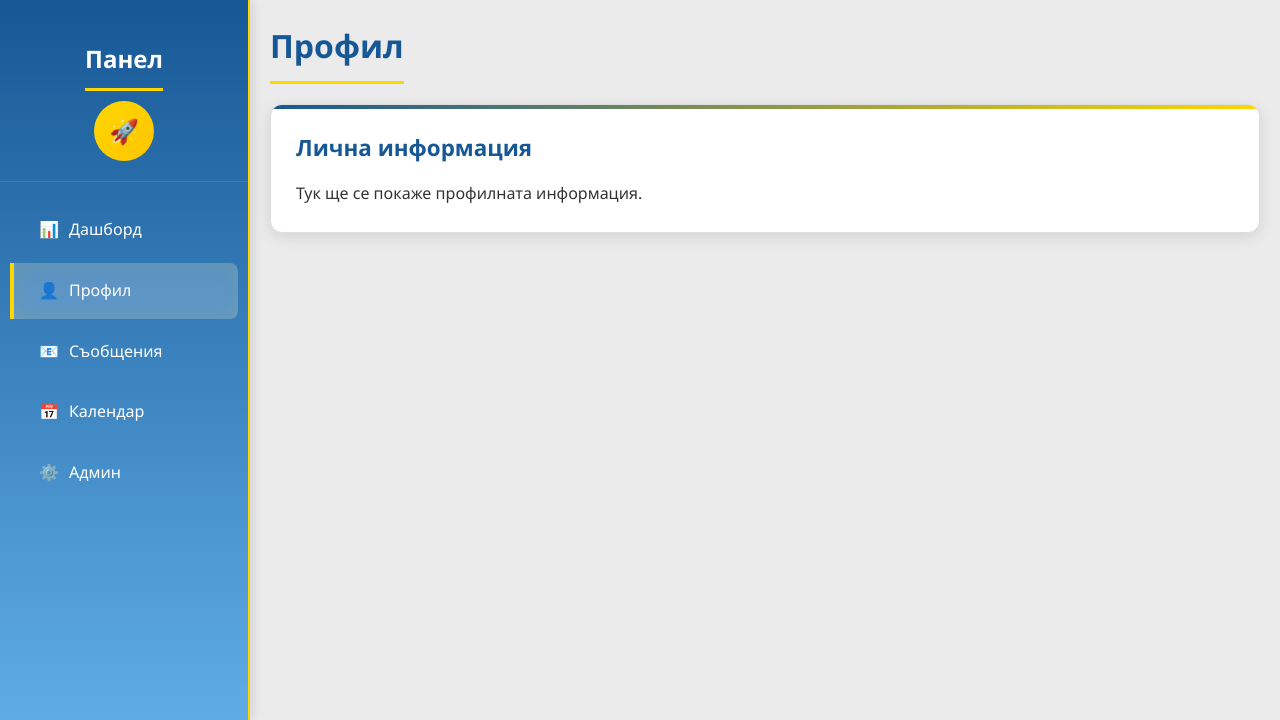
Repository: BorisSavianov/doxa-frontend
Page: /profile
An editor plug-in stored every save of this project. The page is shown before and after the next save, followed by the edit.
The browser window is 1280 px wide. The pictures show the whole page.
The project was rebuilt for these pictures with package versions that can differ from the ones it lists, and the page was loaded fresh each time. Also part of the build but not shown: vite.config.js, src/components/Layout/Header.jsx, src/components/Charts/SimpleChart.jsx, src/pages/Dashboard.jsx, src/pages/Inbox.css, src/pages/Inbox.jsx, src/pages/Calendar.css, src/pages/Calendar.jsx and 1 more.

Above is the page before, as saved 2025-10-24 13:13:54.

### index.html
<!doctype html>
<html lang="en">
  <head>
    <meta charset="UTF-8" />
    <link rel="icon" type="image/svg+xml" href="/vite.svg" />
    <meta name="viewport" content="width=device-width, initial-scale=1.0" />
    <title>vtu</title>
  </head>
  <body>
    <div id="root"></div>
    <script type="module" src="/src/main.jsx"></script>
  </body>
</html>

### src/main.jsx
import React from 'react'
import ReactDOM from 'react-dom/client'
import { createBrowserRouter, RouterProvider } from 'react-router-dom'
import { ThemeProvider } from './contexts/ThemeContext'
import { LanguageProvider } from './contexts/LanguageContext'
import Layout from './components/Layout/Layout'
import Dashboard from './pages/Dashboard'
import Profile from './pages/Profile'
import Inbox from './pages/Inbox'
import Calendar from './pages/Calendar'
import Admin from './pages/Admin'
import './index.css'

const router = createBrowserRouter([
  {
    path: "/",
    element: <Layout />,
    children: [
      {
        index: true,
        element: <Dashboard />,
      },
      {
        path: "dashboard",
        element: <Dashboard />,
      },
      {
        path: "profile",
        element: <Profile />,
      },
      {
        path: "inbox",
        element: <Inbox />,
      },
      {
        path: "calendar",
        element: <Calendar />,
      },
      {
        path: "admin",
        element: <Admin />,
      },
    ],
  },
], {
  future: {
    v7_startTransition: true,
    v7_relativeSplatPath: true,
  },
});

function App() {
  return (
    <ThemeProvider>
      <LanguageProvider>
        <RouterProvider router={router} />
      </LanguageProvider>
    </ThemeProvider>
  )
}

ReactDOM.createRoot(document.getElementById('root')).render(
  <React.StrictMode>
    <App />
  </React.StrictMode>,
)

### src/contexts/ThemeContext.js
import React, { createContext, useContext, useState } from 'react'
import { useLocalStorage } from '../hooks/useLocalStorage'

const ThemeContext = createContext()

export const useTheme = () => {
  const context = useContext(ThemeContext)
  if (!context) {
    throw new Error('useTheme must be used within a ThemeProvider')
  }
  return context
}

export const ThemeProvider = ({ children }) => {
  const [isDark, setIsDark] = useLocalStorage('theme', false)

  const toggleTheme = () => {
    setIsDark(prev => !prev)
  }

  const value = {
    isDark,
    toggleTheme
  }

  return (
    <ThemeContext.Provider value={value}>
      {children}
    </ThemeContext.Provider>
  )
}

### src/contexts/LanguageContext.jsx
import React, { createContext, useContext, useState } from 'react'
import { useLocalStorage } from '../hooks/useLocalStorage'

const LanguageContext = createContext()

export const useLanguage = () => {
  const context = useContext(LanguageContext)
  if (!context) {
    throw new Error('useLanguage must be used within a LanguageProvider')
  }
  return context
}

export const LanguageProvider = ({ children }) => {
  const [isEnglish, setIsEnglish] = useLocalStorage('language', false)

  const toggleLanguage = () => {
    setIsEnglish(prev => !prev)
  }

  const t = (bg, en) => {
    return isEnglish ? en : bg
  }

  const value = {
    isEnglish,
    toggleLanguage,
    t
  }

  return (
    <LanguageContext.Provider value={value}>
      {children}
    </LanguageContext.Provider>
  )
}

// В LanguageContext.jsx, добави следния код в t функцията или създай нова:
const calendarLocales = {
  bg: {
    buttonText: {
      today: 'Днес',
      month: 'Месец',
      week: 'Седмица',
      day: 'Ден',
      list: 'Списък'
    },
    allDayText: 'Цял ден',
    noEventsText: 'Няма събития'
  },
  en: {
    buttonText: {
      today: 'Today',
      month: 'Month',
      week: 'Week',
      day: 'Day',
      list: 'List'
    },
    allDayText: 'All day',
    noEventsText: 'No events'
  }
}

// Актуализирай t функцията или добави нова:
const getCalendarLocale = () => {
  return isEnglish ? calendarLocales.en : calendarLocales.bg
}

### src/components/Layout/Layout.jsx
import React from 'react'
import { Outlet } from 'react-router-dom'
import { useTheme } from '../../contexts/ThemeContext'
import Header from './Header'
import Sidebar from './Sidebar'
import '../../styles/globals.css'

const Layout = () => {
  const { isDark } = useTheme()

  return (
    <div className={`app ${isDark ? 'dark' : 'light'}`}>
      <Sidebar />
      <div className="main-content">

        <Outlet />
      </div>
    </div>
  )
}

export default Layout

### src/pages/Profile.jsx
import React from 'react'
import { useLanguage } from '../contexts/LanguageContext'

const Profile = () => {
  const { t } = useLanguage()

  return (
    <div>
      <h2>{t('Профил', 'Profile')}</h2>
      <div className="card">
        <h3>{t('Лична информация', 'Personal Information')}</h3>
        <p>{t('Тук ще се покаже профилната информация.', 'Profile information will be displayed here.')}</p>
      </div>
    </div>
  )
}

export default Profile

### src/index.css
:root {
  font-family: Inter, system-ui, Avenir, Helvetica, Arial, sans-serif;
  line-height: 1.5;
  font-weight: 400;
}

body {
  margin: 0;
  display: flex;
  place-items: center;
  min-width: 320px;
  min-height: 100vh;
}

#root {
  width: 100%;
  margin: 0 auto;
}

### src/hooks/useLocalStorage.js
import { useState, useEffect } from 'react'

export const useLocalStorage = (key, initialValue) => {
  const [storedValue, setStoredValue] = useState(() => {
    try {
      const item = window.localStorage.getItem(key)
      return item ? JSON.parse(item) : initialValue
    } catch (error) {
      return initialValue
    }
  })

  const setValue = (value) => {
    try {
      const valueToStore = value instanceof Function ? value(storedValue) : value
      setStoredValue(valueToStore)
      window.localStorage.setItem(key, JSON.stringify(valueToStore))
    } catch (error) {
      console.log(error)
    }
  }

  return [storedValue, setValue]
}

### src/components/Layout/Sidebar.jsx
import React from 'react'
import { NavLink } from 'react-router-dom'
import { useLanguage } from '../../contexts/LanguageContext'

const Sidebar = () => {
  const { t } = useLanguage()

  const menuItems = [
    { path: '/dashboard', label: t('Дашборд', 'Dashboard'), icon: '📊' },
    { path: '/profile', label: t('Профил', 'Profile'), icon: '👤' },
    { path: '/inbox', label: t('Съобщения', 'Inbox'), icon: '📧' },
    { path: '/calendar', label: t('Календар', 'Calendar'), icon: '📅' },
    { path: '/admin', label: t('Админ', 'Admin'), icon: '⚙️' }
  ]

  return (
    <aside className="sidebar">
      <div style={{ padding: '20px', textAlign: 'center', borderBottom: '1px solid rgba(255,255,255,0.1)' }}>
        <h2 style={{ color: 'white', fontSize: '1.5rem', marginBottom: '10px' }}>
          {t('Панел', 'Panel')}
        </h2>
        <div style={{
          width: '60px',
          height: '60px',
          background: 'linear-gradient(135deg, var(--accent), #FFC400)',
          borderRadius: '50%',
          margin: '0 auto',
          display: 'flex',
          alignItems: 'center',
          justifyContent: 'center',
          fontSize: '1.5rem'
        }}>
          🚀
        </div>
      </div>

      <nav style={{ marginTop: '20px' }}>
        <ul>
          {menuItems.map((item) => (
            <li key={item.path}>
              <NavLink
                to={item.path}
                className={({ isActive }) => isActive ? 'active' : ''}
              >
                <span style={{ marginRight: '10px' }}>{item.icon}</span>
                {item.label}
              </NavLink>
            </li>
          ))}
        </ul>
      </nav>
    </aside>
  )
}

export default Sidebar

### src/styles/globals.css
* {
  margin: 0;
  padding: 0;
  box-sizing: border-box;
}

:root {
  --transition: all 0.3s ease;
}

body {
  font-family: 'Segoe UI', Tahoma, Geneva, Verdana, sans-serif;
  transition: var(--transition);
  line-height: 1.6;
}

.app {
  min-height: 100vh;
  display: flex;
  transition: var(--transition);
}

/* Light theme */
.app.light {
  background-color: #ebebeb;
  color: #333333;
  --primary: #165895;
  --secondary: #5FACE6;
  --background: #ebebeb;
  --surface: #ffffff;
  --text: #333333;
  --textSecondary: #666666;
  --accent: #FFD700;
  --border: #dddddd;
}

/* Dark theme */
.app.dark {
  background-color: #333333;
  color: #ebebeb;
  --primary: #5FACE6;
  --secondary: #165895;
  --background: #333333;
  --surface: #444444;
  --text: #ebebeb;
  --textSecondary: #cccccc;
  --accent: #FFD700;
  --border: #555555;
}

/* Main content area */
.main-content {
  flex: 1;
  padding: 20px;
  margin-left: 250px;
  transition: var(--transition);
  background: var(--background);
}

/* Header */
.header {
  background: linear(135deg, var(--primary), var(--secondary));
  padding: 1rem 2rem;
  display: flex;
  justify-content: space-between;
  align-items: center;
  box-shadow: 0 2px 10px rgba(0,0,0,0.1);
  transition: var(--transition);
  border-bottom: 3px solid var(--accent);
}

.header h1 {
  color: white;
  font-size: 1.8rem;
  font-weight: 600;
  text-shadow: 1px 1px 2px rgba(0,0,0,0.2);
}

.header-controls {
  display: flex;
  gap: 1rem;
  align-items: center;
}

/* Sidebar */
.sidebar {
  width: 250px;
  background: linear-gradient(180deg, var(--primary), var(--secondary));
  position: fixed;
  height: 100vh;
  padding: 20px 0;
  box-shadow: 3px 0 10px rgba(0,0,0,0.1);
  transition: var(--transition);
  border-right: 2px solid var(--accent);
}

.sidebar nav ul {
  list-style: none;
}

.sidebar nav a {
  display: block;
  padding: 15px 25px;
  color: white;
  text-decoration: none;
  transition: var(--transition);
  border-left: 4px solid transparent;
  font-weight: 500;
  margin: 5px 10px;
  border-radius: 0 8px 8px 0;
}

.sidebar nav a:hover {
  background: rgba(255, 255, 255, 0.1);
  border-left-color: var(--accent);
  transform: translateX(5px);
}

.sidebar nav a.active {
  background: rgba(255, 255, 255, 0.2);
  border-left-color: var(--accent);
  box-shadow: inset 0 0 20px rgba(255, 215, 0, 0.1);
}

/* Buttons */
.btn {
  padding: 10px 20px;
  border: none;
  border-radius: 6px;
  cursor: pointer;
  font-weight: 600;
  transition: var(--transition);
  display: flex;
  align-items: center;
  gap: 8px;
  font-size: 0.9rem;
}

.btn-primary {
  background: linear-gradient(135deg, var(--primary), var(--secondary));
  color: white;
  box-shadow: 0 2px 8px rgba(0,0,0,0.2);
}

.btn-primary:hover {
  transform: translateY(-2px);
  box-shadow: 0 4px 12px rgba(0,0,0,0.3);
}

.btn-accent {
  background: var(--accent);
  color: #333333;
  font-weight: bold;
  box-shadow: 0 2px 8px rgba(255, 215, 0, 0.3);
}

.btn-accent:hover {
  background: #FFC400;
  transform: translateY(-2px);
  box-shadow: 0 4px 12px rgba(255, 215, 0, 0.4);
}

/* Cards */
.card {
  background: var(--surface);
  border-radius: 12px;
  padding: 25px;
  box-shadow: 0 4px 15px rgba(0,0,0,0.1);
  transition: var(--transition);
  border: 1px solid var(--border);
  position: relative;
  overflow: hidden;
}

.card::before {
  content: '';
  position: absolute;
  top: 0;
  left: 0;
  right: 0;
  height: 4px;
  background: linear-gradient(90deg, var(--primary), var(--accent));
}

.card:hover {
  transform: translateY(-5px);
  box-shadow: 0 8px 25px rgba(0,0,0,0.15);
}

/* Dashboard Grid */
.dashboard-grid {
  display: grid;
  grid-template-columns: repeat(auto-fit, minmax(280px, 1fr));
  gap: 25px;
  margin-top: 25px;
}

.stat-card {
  text-align: center;
  background: linear-gradient(135deg, var(--surface), var(--background));
}

.stat-number {
  font-size: 2.5rem;
  font-weight: bold;
  background: linear-gradient(135deg, var(--primary), var(--secondary));
  -webkit-background-clip: text;
  -webkit-text-fill-color: transparent;
  background-clip: text;
  margin: 15px 0;
}

.stat-label {
  color: var(--textSecondary);
  font-size: 1rem;
  font-weight: 500;
}

/* Chart container */
.chart-container {
  background: var(--surface);
  border-radius: 12px;
  padding: 25px;
  margin-top: 25px;
  border: 1px solid var(--border);
  box-shadow: 0 4px 15px rgba(0,0,0,0.1);
}

.chart-container h3 {
  color: var(--primary);
  margin-bottom: 20px;
  font-size: 1.3rem;
}

.simple-chart {
  height: 250px;
  background: linear-gradient(135deg, var(--background), var(--surface));
  border-radius: 8px;
  display: flex;
  align-items: flex-end;
  padding: 15px;
  gap: 12px;
  border: 1px solid var(--border);
}

.chart-bar {
  flex: 1;
  background: linear-gradient(to top, var(--primary), var(--secondary));
  border-radius: 4px 4px 0 0;
  transition: var(--transition);
  min-height: 20px;
  position: relative;
  box-shadow: 0 -2px 10px rgba(0,0,0,0.1);
}

.chart-bar:hover {
  transform: scaleY(1.05);
  box-shadow: 0 -4px 15px rgba(0,0,0,0.2);
}

.chart-bar::after {
  content: '';
  position: absolute;
  top: 0;
  left: 0;
  right: 0;
  height: 100%;
  background: linear-gradient(to bottom, transparent, rgba(255, 215, 0, 0.3));
  border-radius: 4px 4px 0 0;
}

/* Page headers */
h2 {
  color: var(--primary);
  font-size: 2rem;
  margin-bottom: 20px;
  padding-bottom: 10px;
  border-bottom: 3px solid var(--accent);
  display: inline-block;
}

h3 {
  color: var(--primary);
  margin-bottom: 15px;
  font-size: 1.4rem;
}

/* Responsive design */
@media (max-width: 768px) {
  .sidebar {
    width: 200px;
    transform: translateX(-100%);
  }

  .main-content {
    margin-left: 0;
  }

  .dashboard-grid {
    grid-template-columns: 1fr;
  }

  .header {
    padding: 1rem;
  }

  .header h1 {
    font-size: 1.4rem;
  }
}

/* Additional styling for better visual hierarchy */
.progress-bar {
  background: var(--border);
  border-radius: 10px;
  height: 8px;
  overflow: hidden;
  margin: 10px 0;
}

.progress-fill {
  height: 100%;
  background: linear-gradient(90deg, var(--primary), var(--accent));
  border-radius: 10px;
  transition: width 0.3s ease;
}

.badge {
  background: var(--accent);
  color: #333333;
  padding: 4px 12px;
  border-radius: 20px;
  font-size: 0.8rem;
  font-weight: bold;
  display: inline-block;
  margin-left: 10px;
}

After the next save:
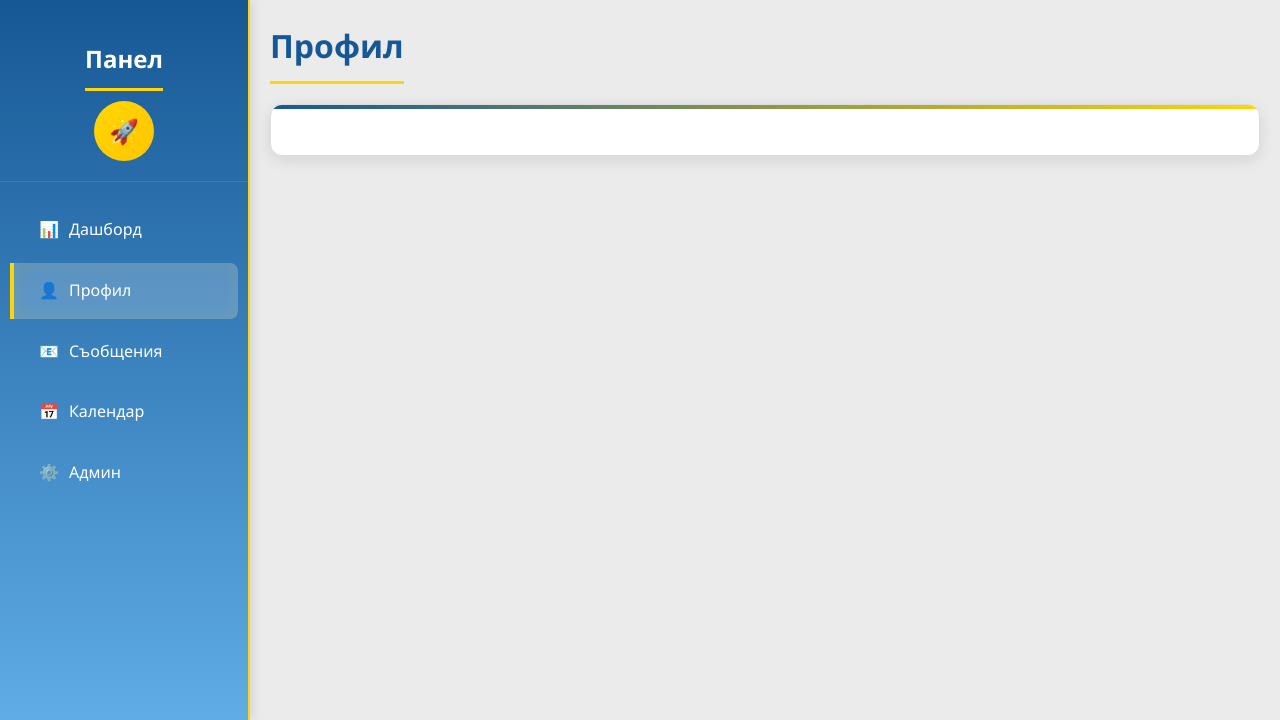
Saved 7 min 29 s later.
--- a/src/pages/Profile.jsx
+++ b/src/pages/Profile.jsx
@@ -8,8 +8,7 @@ const Profile = () => {
     <div>
       <h2>{t('Профил', 'Profile')}</h2>
       <div className="card">
-        <h3>{t('Лична информация', 'Personal Information')}</h3>
-        <p>{t('Тук ще се покаже профилната информация.', 'Profile information will be displayed here.')}</p>
+
       </div>
     </div>
   )
